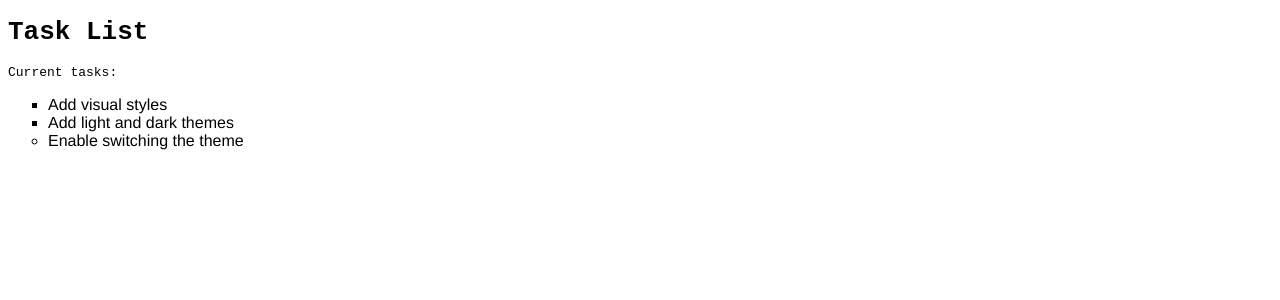
Repository: MaggieMengXingchen/Class-4
Page: index.html
The author's editor kept a copy of each file at every save. The page is drawn from the files as they stood at one save, then again after a run of saves.
The browser window is 1280 px wide. The pictures show the whole page.

Above is the page before, as saved 2024-02-14 13:40:54.

### index.html
<!DOCTYPE html>
<html lang="en">
<head>
    <meta charset="UTF-8">
    <meta name="viewport" content="width=device-width, initial-scale=1.0">
    <title>Document</title>
    <Link rel="stylesheet" href="main.css">
</head>
<body class="light-theme">
    <h1>Task List</h1>
    <p id="msg">Current tasks:</p>
    <ul>
    <li class="list">Add visual styles</li>
    <li class="list">Add light and dark themes</li>
    <li>Enable switching the theme</li>
</ul>
</body>
</html>

### main.css
:root {
--green: #00FF00;
--white: #FFFFFF;
--black: #000000;
}
body {
font-family: monospace; /*将网页主体部分的字体设置为等宽字体*/
} ul {
font-family: helvetica; /*将所有无序列表（<ul>标签）的字体设置为Helvetica字体*/
}
li {
list-style: circle;
}
.list {
list-style: square;
}
#msg {
font-family: monospace;
}
.light-theme {
--bg: var(--green);
--fontColor: var(--black);
}
.dark-theme {
--bg: var(--black);
--fontColor: var(--green);
}

After the next 2 saves:
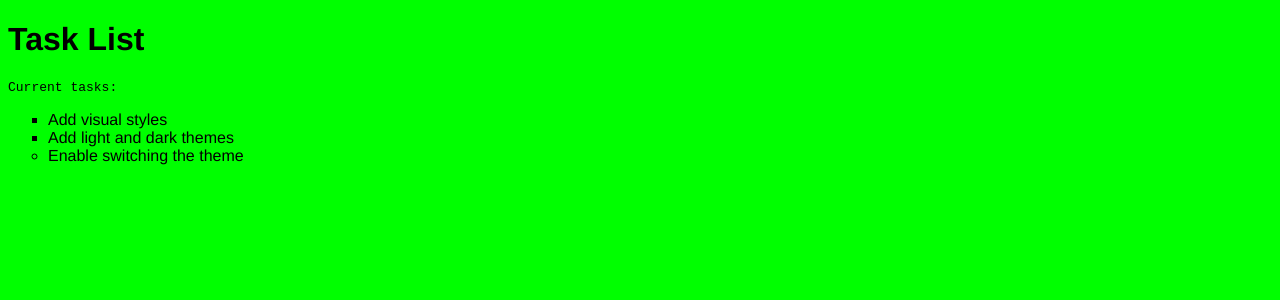
The 2 saves are shown as one change because they came seconds apart.
The last was saved 2 min 20 s later.
--- a/main.css
+++ b/main.css
@@ -3,8 +3,7 @@
 --white: #FFFFFF;
 --black: #000000;
 }
-body {
-font-family: monospace; /*将网页主体部分的字体设置为等宽字体*/
+body { background: var(--bg); color: var(--fontColor); font-family: helvetica;
 } ul {
 font-family: helvetica; /*将所有无序列表（<ul>标签）的字体设置为Helvetica字体*/
 }
